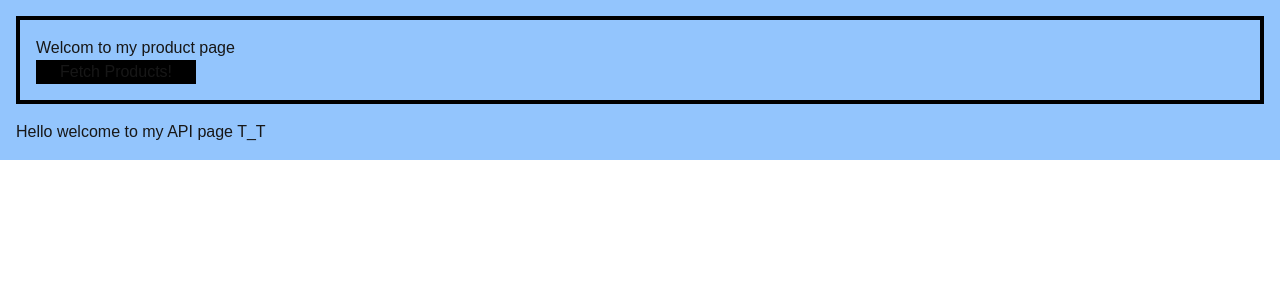
Repository: MelissaJacobi/mdia-3126
Page: /api (app in webapp-lab06/)
These files come from the project's save history. The page is drawn as it stood at one moment and after a run of saves; the edit follows.
The browser window is 1280 px wide. The pictures show the whole page.
The project was rebuilt for these pictures with package versions that can differ from the ones it lists, and the page was loaded fresh each time. The framework's server and built-in components were replaced by stand-ins that run in the browser. Also part of the build but not shown: webapp-lab06/next.config.mjs.

Above is the page before, as saved 2024-10-08 14:42:35.

### webapp-lab06/src/app/api/page.js
import Image from "next/image";

const DATA_URL = "https://mdn.github.io/learning-area/javascript/apis/fetching-data/can-store/products.json";


export default function Page() {
    return(
        <div className="p-4 bg-blue-300">
            <header className="border-4 border-black p-4 mb-4">
                <h1>Welcom to my product page</h1>
                <button className="border-neutral-200 bg-black px-6"
                //onClick={}
                >Fetch Products!</button>
            </header>
            Hello welcome to my API page T_T
        </div>
    );
}

Loaded but not shown: webapp-lab06/src/app/layout.js (common file); webapp-lab06/src/app/globals.css (common file); webapp-lab06/tailwind.config.js (common file)

After the next 2 saves:
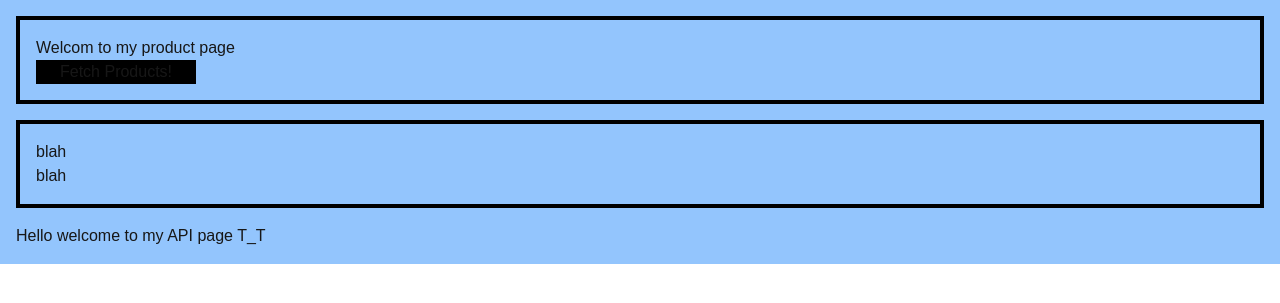
The 2 saves are shown as one change because 1 did not build or start.
The last was saved 63 s later.
--- a/webapp-lab06/src/app/api/page.js
+++ b/webapp-lab06/src/app/api/page.js
@@ -12,6 +12,12 @@
                 //onClick={}
                 >Fetch Products!</button>
             </header>
+            <div>
+                <ul className="border-4 border-black p-4 mb-4">
+                    <li>blah</li>
+                    <li>blah</li>
+                </ul>
+            </div>
             Hello welcome to my API page T_T
         </div>
     );

After the 6 saves that followed:
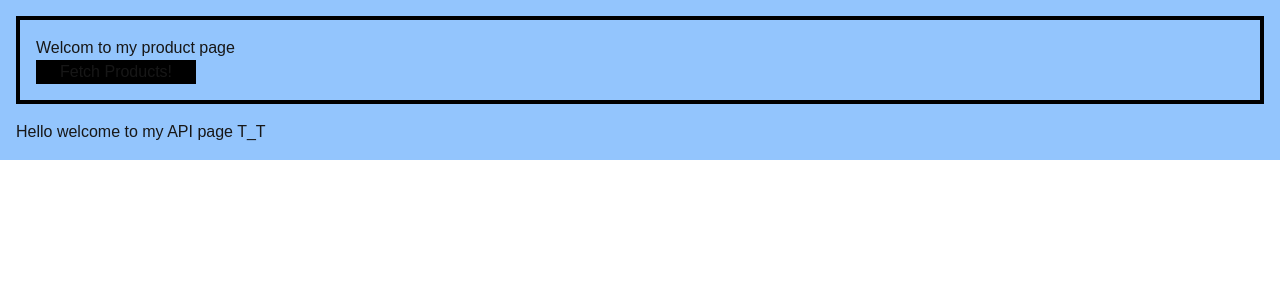
The 6 saves are shown as one change because 2 did not build or start and 3 left the picture as it was.
The last was saved 10 min 1 s later.
--- a/webapp-lab06/src/app/api/page.js
+++ b/webapp-lab06/src/app/api/page.js
@@ -1,9 +1,41 @@
+"use client"
 import Image from "next/image";
+import {useState} from 'react';
 
-const DATA_URL = "https://mdn.github.io/learning-area/javascript/apis/fetching-data/can-store/products.json";
 
 
 export default function Page() {
+
+    const DATA_URL = "https://mdn.github.io/learning-area/javascript/apis/fetching-data/can-store/products.json";
+    const [data, setData] = useState(null);
+    const ProductList = () => {
+        if (data) {
+            return(
+                <div>
+                <ul className="border-4 border-black p-4 mb-4">
+                    <li>blah</li>
+                    <li>blah</li>
+                </ul>
+            </div>
+            )
+        } else {
+            return (
+                <div>
+                <ul className="border-4 border-black p-4 mb-4">
+                    <li>blah</li>
+                    <li>blah</li>
+                </ul>
+            </div>
+            )
+        }
+    }
+
+    async function fetchData() {
+        const response = await fetch(DATA_URL);
+        const data = await response.json();
+        setData(data);
+    }
+
     return(
         <div className="p-4 bg-blue-300">
             <header className="border-4 border-black p-4 mb-4">
@@ -12,12 +44,6 @@
                 //onClick={}
                 >Fetch Products!</button>
             </header>
-            <div>
-                <ul className="border-4 border-black p-4 mb-4">
-                    <li>blah</li>
-                    <li>blah</li>
-                </ul>
-            </div>
             Hello welcome to my API page T_T
         </div>
     );
